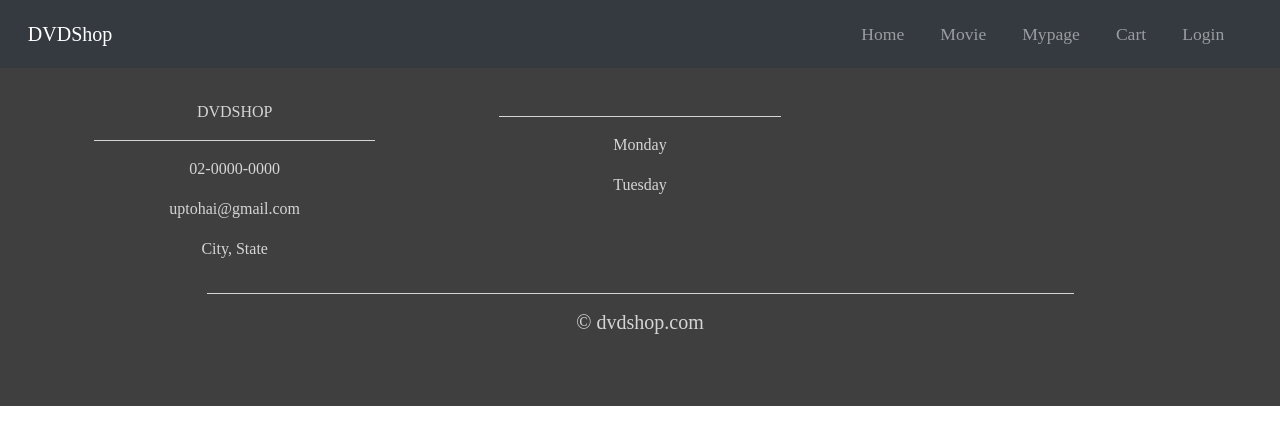
Repository: afterup/dvdshop
Page: http://localhost/shop_project/view/user/user.jsp
These files come from the project's save history. The page is drawn as it stood at one moment and after the next save; the edit follows.
The browser window is 1280 px wide. The pictures show the whole page.
The page is served by Tomcat 9. Other server files are loaded and not shown.

Above is the page before, as saved 2019-08-14 06:25:11.

### shop_project/WebContent/view/user/user.jsp
<%@page import="com.movie.model.vo.MovieInfo"%>
<%@page import="java.util.List"%>
<%@ page language="java" contentType="text/html; charset=UTF-8"
	pageEncoding="UTF-8"%>
<%@taglib uri="http://java.sun.com/jsp/jstl/core" prefix="c"%>
<!DOCTYPE html>
<html lang="en">

<head>
<meta charset="UTF-8">
<meta name="viewport" content="width=device-width, initial-scale=1.0">
<meta http-equiv="X-UA-Compatible" content="ie=edge">
<title>Document</title>
<link rel="stylesheet"
	href="https://stackpath.bootstrapcdn.com/bootstrap/4.3.1/css/bootstrap.min.css"
	integrity="sha384-ggOyR0iXCbMQv3Xipma34MD+dH/1fQ784/j6cY/iJTQUOhcWr7x9JvoRxT2MZw1T"
	crossorigin="anonymous">
<link rel="stylesheet" href="css/style.css">

</head>

<body>
	<!-- Navigation -->
	<nav class="navbar navbar-expand-md navbar-dark bg-dark sticky-top">
		<div class="container-fluid">
			<a href="#" class="navbar-brand">DVDShop</a>
			<button class="navbar-toggler" type="button" data-toggle="collapse"
				data-target="#navbarResponsive">
				<span class="navbar-toggler-icon"></span>
			</button>
			<div class="collapse navbar-collapse" id="navbarResponsive">
				<ul class="navbar-nav ml-auto">
					<li class="nav-item"><a class="nav-link" href="movie">Home</a></li>
					<li class="nav-item"><a class="nav-link"
						href="movie?action=moviePage">Movie</a></li>
					<li class="nav-item"><a class="nav-link"
						href="movie?action=mypage">Mypage</a></li>
					<li class="nav-item"><a class="nav-link"
						href="movie?action=cart">Cart</a></li>
					<li class="nav-item"><a href="movie?action=login"
						class="nav-link">Login</a></li>
				</ul>
			</div>
		</div>
	</nav>

	<!-- main-->



	<!-- Footer -->
	<footer>
		<div class="container-fluid padding">
			<div class="row text-center">
				<div class="col-md-4">
					DVDSHOP
					<hr class="light">
					<p>02-0000-0000</p>
					<p>uptohai@gmail.com</p>
					<p>City, State</p>
				</div>
				<div class="col-md-4">
					<hr class="light">
					<p>Monday</p>
					<p>Tuesday</p>
				</div>
			</div>
			<div class="col-12">
				<hr class="light">
				<h5 class="text-center">&copy; dvdshop.com</h5>
			</div>
		</div>
	</footer>

	<script src="https://code.jquery.com/jquery-3.3.1.slim.min.js"
		integrity="sha384-q8i/X+965DzO0rT7abK41JStQIAqVgRVzpbzo5smXKp4YfRvH+8abtTE1Pi6jizo"
		crossorigin="anonymous">

	</script>
	<script
		src="https://cdnjs.cloudflare.com/ajax/libs/popper.js/1.14.7/umd/popper.min.js"
		integrity="sha384-UO2eT0CpHqdSJQ6hJty5KVphtPhzWj9WO1clHTMGa3JDZwrnQq4sF86dIHNDz0W1"
		crossorigin="anonymous">

	</script>
	<script
		src="https://stackpath.bootstrapcdn.com/bootstrap/4.3.1/js/bootstrap.min.js"
		integrity="sha384-JjSmVgyd0p3pXB1rRibZUAYoIIy6OrQ6VrjIEaFf/nJGzIxFDsf4x0xIM+B07jRM"
		crossorigin="anonymous">

	</script>
</body>


</html>

### shop_project/WebContent/css/style.css
html,
body {
    height: 100%;
    width: 100%;
    font-family: "sans-serif";
}

img {
    width: 100%;
}

#adminPage {
    background-color: rgb(250, 249, 242);
}

.navbar {
    padding: .8rem;
}

.navbar-nav li {
    padding-right: 20px;
}

.nav-link {
    font-size: 1.1em !important;
}

.carousel-inner img {
    width: 100%;
    height: 100%;
}

.btn-info {
    background-color: rgb(57, 55, 66);
    color: rgb(240, 240, 240);
    border-color: rgb(57, 55, 66);
}

.jumbotron {
    padding: 1rem;
}

.padding {
    padding-bottom: 2rem;
}

footer {
    background-color: #3f3f3f;
    color: #d5d5d5;
    padding: 2rem;
}

hr.light {
    border-top: 1px solid #d5d5d5;
    width: 75%;
}

### shop_project/WebContent/view/common/header.jsp
<%@ page language="java" contentType="text/html; charset=UTF-8"
    pageEncoding="UTF-8"%>
<!DOCTYPE html>
<html>
<head>
<meta charset="UTF-8">
<title>Insert title here</title>
</head>
<body>

	<!-- Navigation -->
    <nav class="navbar navbar-expand-md navbar-dark bg-dark sticky-top">
        <div class="container-fluid">
            <a href="movie" class="navbar-brand">DVDShop</a>
            <button class="navbar-toggler" type="button" data-toggle="collapse" data-target="#navbarResponsive">
                <span class="navbar-toggler-icon"></span>
            </button>
            <div class="collapse navbar-collapse" id="navbarResponsive">
                <ul class="navbar-nav ml-auto">
                    <li class="nav-item"><a class="nav-link" href="movie">Home</a></li>
                    <li class="nav-item"><a class="nav-link" href="movie?action=moviePage">Movie</a></li>

                   <%
                   	String id = (String)request.getSession().getAttribute("id");
                   	System.out.print("id="+id);
                   	if(id == null){
                   %>
                    <li class="nav-item"><a href="movie?action=login" class="nav-link">Login</a></li>
               	   <%
                   	}else{
               	   %>
                    <li class="nav-item"><a class="nav-link" href="movie?action=mypage">Mypage</a></li>
                    <li class="nav-item"><a href="movie?action=logout" class="nav-link">Logout</a></li>
               	   <%
                   	}
               	   %>
                </ul>
            </div>
        </div>
    </nav>

</body>
</html>

After the next save:
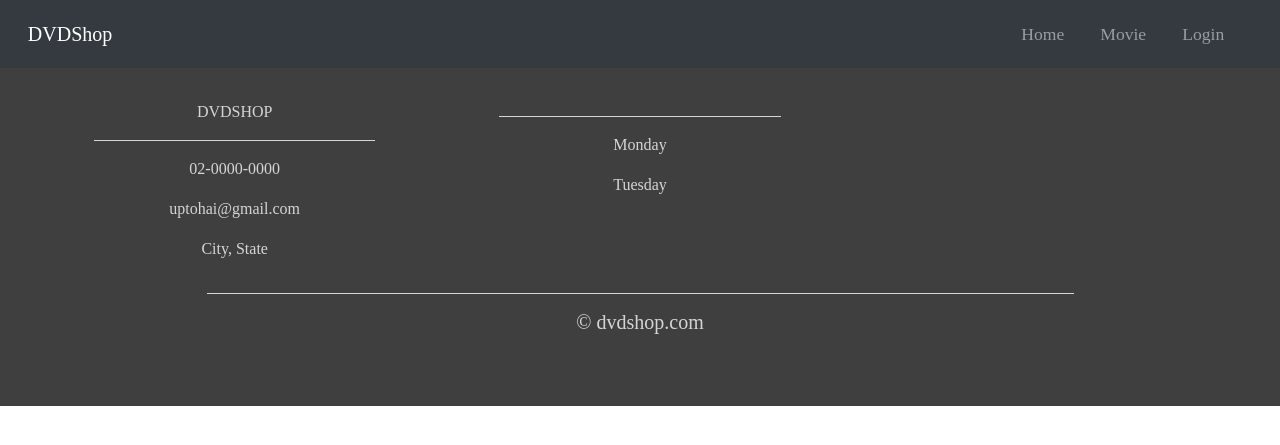
Saved 11 min 56 s later.
--- a/shop_project/WebContent/view/user/user.jsp
+++ b/shop_project/WebContent/view/user/user.jsp
@@ -21,28 +21,7 @@
 
 <body>
 	<!-- Navigation -->
-	<nav class="navbar navbar-expand-md navbar-dark bg-dark sticky-top">
-		<div class="container-fluid">
-			<a href="#" class="navbar-brand">DVDShop</a>
-			<button class="navbar-toggler" type="button" data-toggle="collapse"
-				data-target="#navbarResponsive">
-				<span class="navbar-toggler-icon"></span>
-			</button>
-			<div class="collapse navbar-collapse" id="navbarResponsive">
-				<ul class="navbar-nav ml-auto">
-					<li class="nav-item"><a class="nav-link" href="movie">Home</a></li>
-					<li class="nav-item"><a class="nav-link"
-						href="movie?action=moviePage">Movie</a></li>
-					<li class="nav-item"><a class="nav-link"
-						href="movie?action=mypage">Mypage</a></li>
-					<li class="nav-item"><a class="nav-link"
-						href="movie?action=cart">Cart</a></li>
-					<li class="nav-item"><a href="movie?action=login"
-						class="nav-link">Login</a></li>
-				</ul>
-			</div>
-		</div>
-	</nav>
+	<%@ include file="/view/common/header.jsp" %>
 
 	<!-- main-->
 
